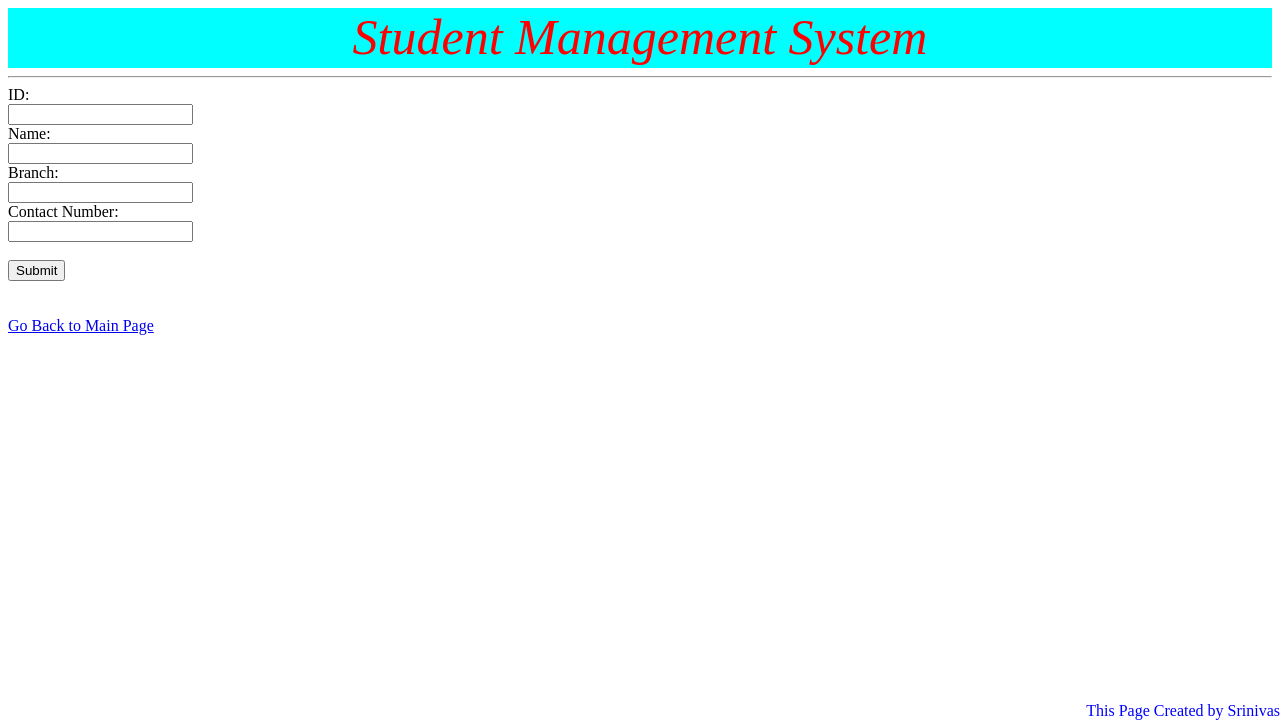
Repository: Aviligonda/Servlet_Programs
Page: http://localhost/StudentManagementSystem/register.jsp
These files come from the project's save history. The page is drawn as it stood at one moment and after the next save; the edit follows.
The browser window is 1280 px wide. The pictures show the whole page.
The page is served by Tomcat 9.

Above is the page before, as saved 2024-11-25 13:21:46.

### StudentManagementSystem/src/main/webapp/register.jsp
<%@ page language="java" contentType="text/html; charset=UTF-8"
	pageEncoding="UTF-8"%>
<%@ include file="header.jsp"%>
<%@ include file="footer.jsp"%>

<!DOCTYPE html>
<html>
<head>
<meta charset="UTF-8">
<title>Registration form</title>
</head>
<body>

	<form action="addStudent.jsp">
		ID: <br>
		<input type="text" name="id"> <br>
		Name: <br>
		<input type="text" name="name"> <br>
		Branch: <br>
		<input	type="text" name="branch"> <br>
	    Contact Number: <br>
		<input type="text" name="contact"> <br><br>
		<input	type="submit" value="Submit">
	</form>
	<br><br>
	<a href = "index.jsp">Go Back to Main Page</a>

</body>
</html>

### StudentManagementSystem/src/main/webapp/header.jsp
<%@ page language="java" contentType="text/html; charset=UTF-8"
    pageEncoding="UTF-8"%>
<!DOCTYPE html>
<html>
<head>
<meta charset="UTF-8">
<title>Insert title here</title>
</head>
<body>
<div style="height :60px;background-color:aqua">

<header style="color:red;text-align:center; font-style: italic; font-size: 50px;"> Student Management System</header>
</div>
<hr>


</body>
</html>

### StudentManagementSystem/src/main/webapp/footer.jsp
<%@ page language="java" contentType="text/html; charset=UTF-8"
    pageEncoding="UTF-8"%>
<!DOCTYPE html>
<html>
<head>
<meta charset="UTF-8">
<title>Insert title here</title>
</head>
<body>
<div>
<footer style="color:blue; text-align:center;display : block; position: absolute;bottom: 0;right:0;font-size=50px;">This Page Created by Srinivas</footer>
</div>
</body>
</html>

After the next save:
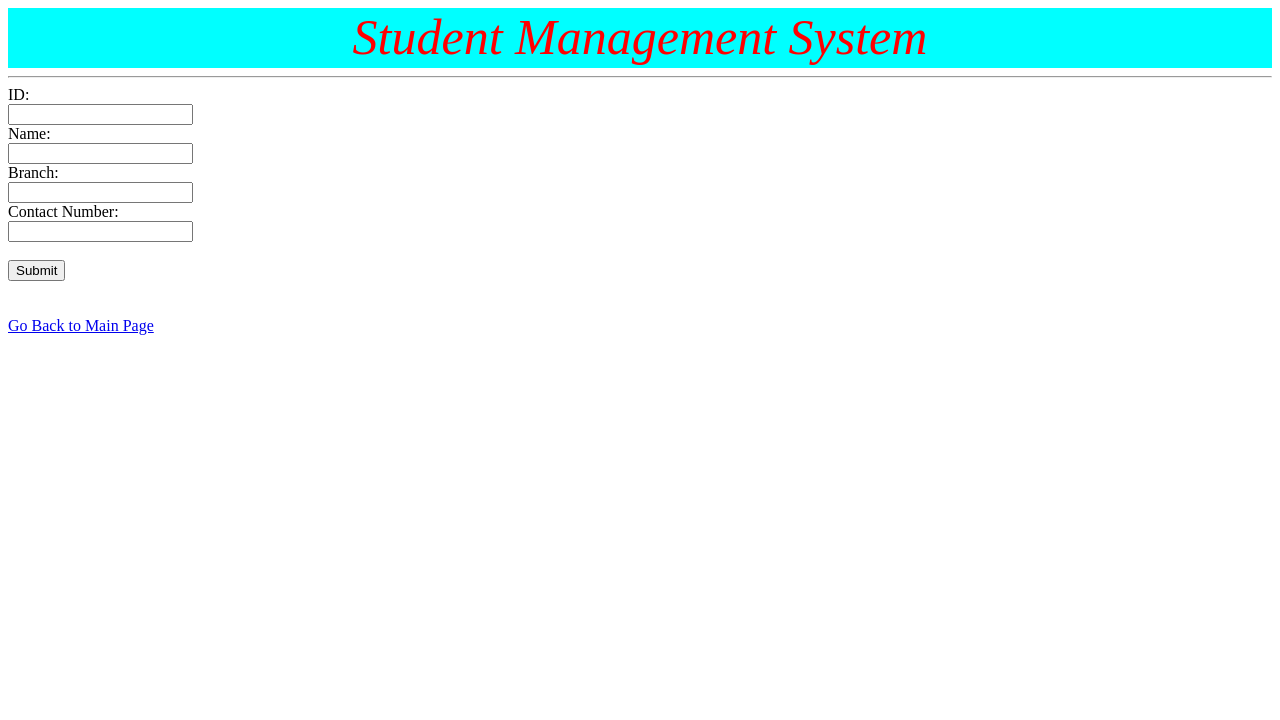
Saved 42 s later.
--- a/StudentManagementSystem/src/main/webapp/footer.jsp
+++ b/StudentManagementSystem/src/main/webapp/footer.jsp
@@ -8,7 +8,7 @@
 </head>
 <body>
 <div>
-<footer style="color:blue; text-align:center;display : block; position: absolute;bottom: 0;right:0;font-size=50px;">This Page Created by Srinivas</footer>
+<!-- <footer style="color:blue; text-align:center;display : block; position: absolute;bottom: 0;right:0;font-size=50px;">This Page Created by Srinivas</footer> -->
 </div>
 </body>
 </html>
